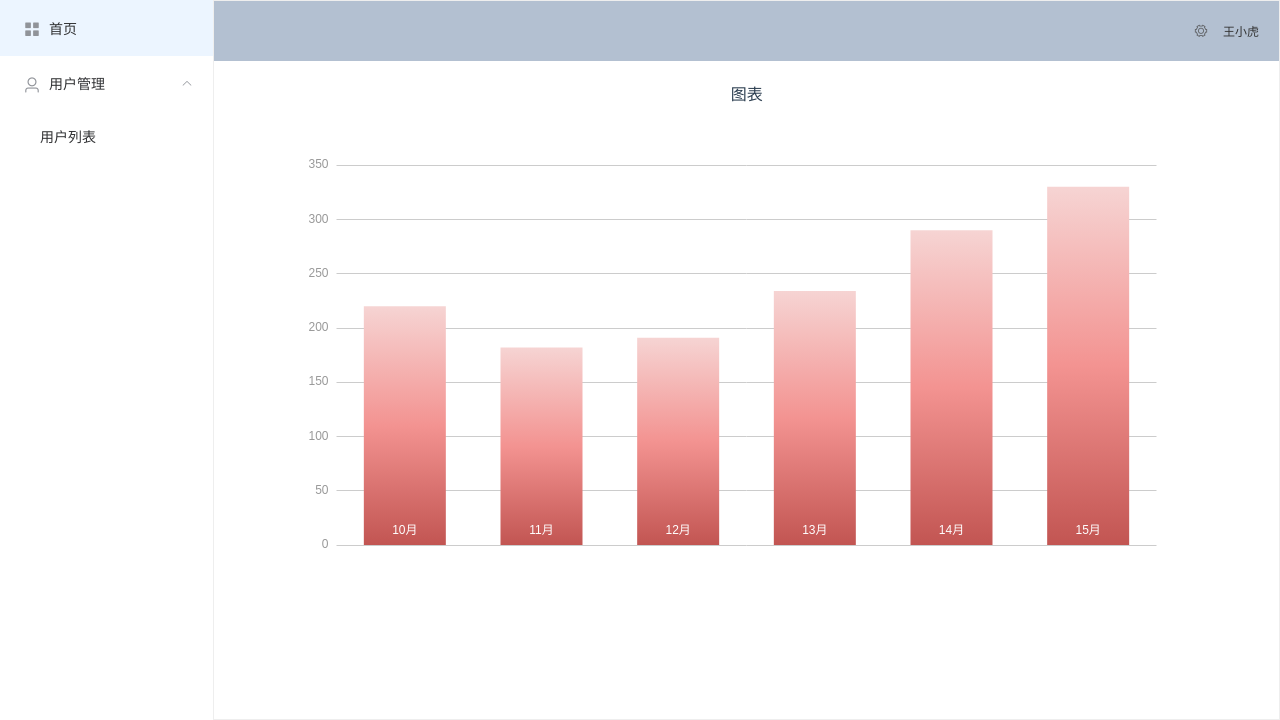
Repository: cmw520520/admin_vue
Page: /#/example/echart
The author's editor kept a copy of each file at every save. The page is drawn from the files as they stood at one save, then again after the next save.
The browser window is 1280 px wide. The pictures show the whole page.
The project was rebuilt for these pictures with package versions that can differ from the ones it lists, and the page was loaded fresh each time. Also part of the build but not shown: src/page/home/Home.vue, src/page/user/UserList.vue.

Above is the page before, as saved 2019-07-01 13:32:04.

After the next save:
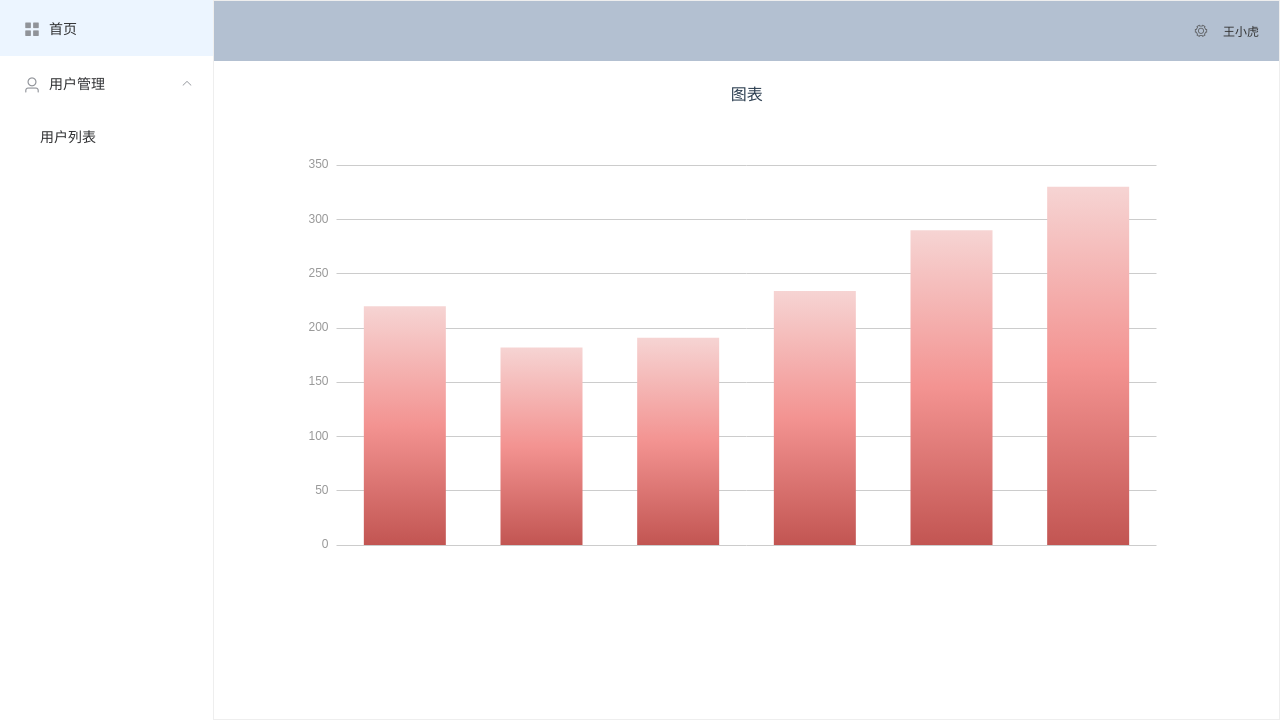
Saved 21 s later.
--- a/example/Echart.vue
+++ b/example/Echart.vue
@@ -31,7 +31,7 @@ export default {
           xAxis: {
             data:  ['10月', '11月', '12月', '13月', '14月', '15月'],
             axisLabel: {
-                inside: true,
+                inside: false,
                 textStyle: {
                     color: '#fff'
                 }
